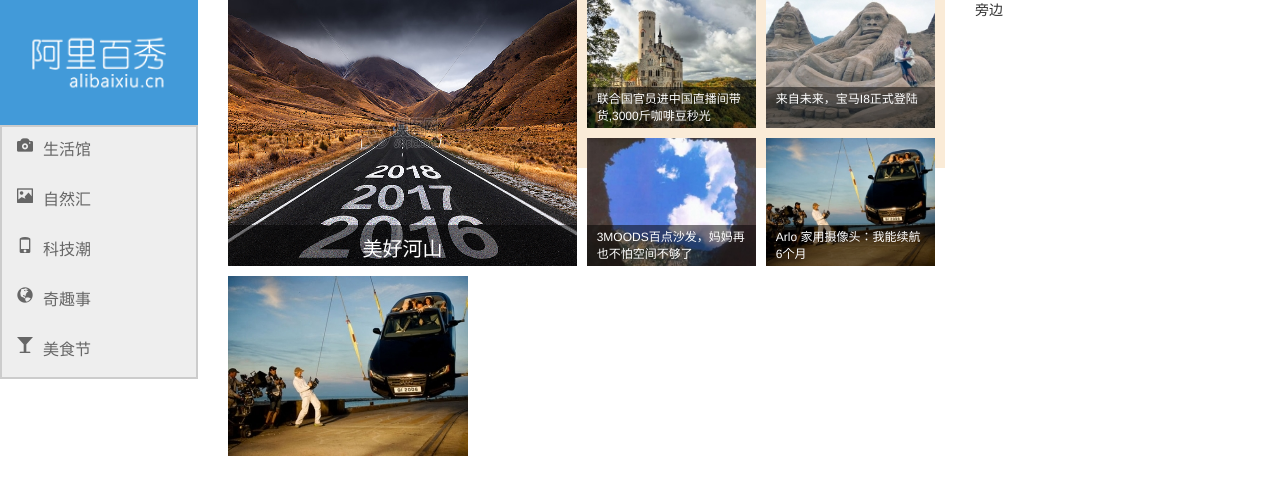
Repository: zhangwen001208/bootstrap-demo
Page: index.html
An editor plug-in stored every save of this project. The page is shown before and after the next save, followed by the edit.
The browser window is 1280 px wide. The pictures show the whole page.

Above is the page before, as saved 2022-09-08 15:32:50.

After the next save:
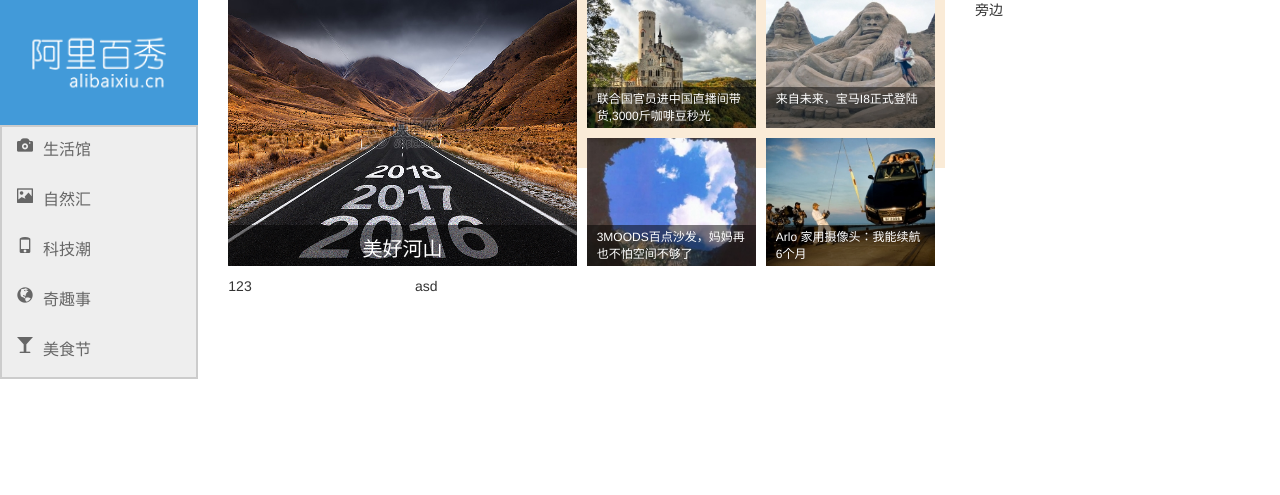
Saved 2 min 14 s later.
--- a/index.html
+++ b/index.html
@@ -66,11 +66,8 @@
              </div>
               <div class="page">
                 <div class="row">
-                    <div class="col-md-3">
-                        <a href="">
-                            <img src="./images/news-5.jpg" alt="">
-                        </a>
-                    </div>
+                    <div class="col-sm-3">123</div>
+                    <div class="col-sm-3">asd</div>
                 </div>
               </div>
 
